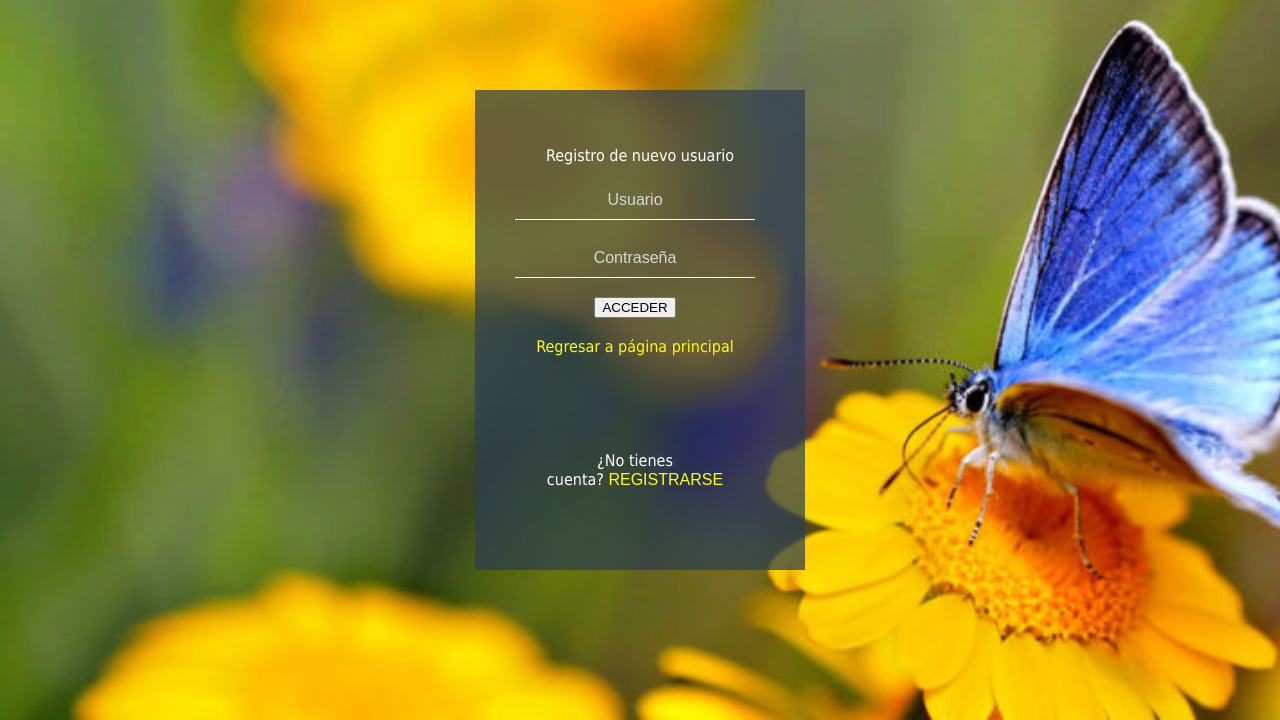
Repository: roberthcobena/Php
Page: http://localhost/registro.php
These files come from the project's save history. The page is drawn as it stood at one moment and after the next save; the edit follows.
The browser window is 1280 px wide. The pictures show the whole page.
Some web fonts or font styles are not loaded; a fallback is used. The page is run by PHP 8.4 with error messages shown; the project is at /var/www/html/.

Above is the page before, as saved 2020-06-25 10:05:18.

### Educativa/registro.php
<?php
  require_once ("controladores/conexion/db.php");
  require_once ("controladores/classes/Login.php");
  $login = new Login();
  list($true,$user_perfil) = $login->isUserLoggedIn();
  if ($true == 1 && $user_perfil == 1) {
    header("location: app/admin.php");
  } else if ($true == 1 && $user_perfil == 2) {
   header("location: app/docente.php");
  } else if ($true == 1 && $user_perfil == 3) {
   header("location: app/aula/estudiante.php");
  } else{
?>
<html>
<head>
<meta http-equiv="Content-Type" content="text/html; charset=utf-8" />
<title>INGRESAR</title>
<link href="recursos/login/css/logn.css" rel="stylesheet" type="text/css" />
<link href="https://fonts.googleapis.com/css?family=Play" rel="stylesheet">
<link rel="icon" href="recursos/template/images/favicon.ico" type="image/x-icon">
</head>

<body>
   <div class="signin">
   <center>
      <p class="login-box-msg">Registro de nuevo usuario</p>
   </center>
   <form method="post" accept-charset="utf-8" action="login.php" name="loginform" autocomplete="off" role="form" class="form-signin">
   <?php
				if (isset($login)) {
					if ($login->errors) {
						?>
						<div class="alert alert-danger alert-dismissible" role="alert">
						    <strong>Error!</strong>
						<?php
						foreach ($login->errors as $error) {
							echo $error;
						}
						?>
						</div>
						<?php
					}
					if ($login->messages) {
						?>
						<div class="alert alert-success alert-dismissible" role="alert">
						    <strong>Aviso!</strong>
						<?php
						foreach ($login->messages as $message) {
							echo $message;
						}
						?>
						</div>
						<?php
					}
				}
				?>
      <input type="text" class="form-control" placeholder="Usuario" name="user_name" required></br></br>
      <input type="password" class="form-control" placeholder="Contraseña" name="user_password" required></br></br>
      <button type="submit" class="btn btn-primary btn-block" name="login" id="submit">ACCEDER</button></br></br>
      <a href="index.php">Regresar a página principal</a></br></br></br></br></br></br>
      ¿No tienes cuenta?<a href="registro.php" style="font-family:'Play', sans-serif;">&nbsp;REGISTRARSE</a>
   </form>
</div>
</body>
</html>
<?php
  }

### Educativa/controladores/conexion/db.php
<?php
/*Datos de conexion a la base de datos*/
define('DB_HOST', 'localhost');//DB_HOST:  generalmente suele ser "127.0.0.1"
define('DB_USER', 'root');//Usuario de tu base de datos
define('DB_PASS', '');//Contraseña del usuario de la base de datos
define('DB_NAME', 'sisv2');//Nombre de la base de datos
?>

### Educativa/controladores/classes/Login.php
<?php
class Login
{
    /**
     * @var object The database connection
     */
    private $db_connection = null;
    /**
     * @var array Collection of error messages
     */
    public $errors = array();
    /**
     * @var array Collection of success / neutral messages
     */
    public $messages = array();
    public function __construct()
    {
        session_start();
        if (isset($_GET["logout"])) {
            $this->doLogout();
        }
        elseif (isset($_POST["login"])) {
            $this->dologinWithPostData();
        }
    }

    private function dologinWithPostData()
    {
        if (empty($_POST['user_name'])) {
            $this->errors[] = "Campo de usuario esta vacío.";
        } elseif (empty($_POST['user_password'])) {
            $this->errors[] = "Campo de contraseña esta vacío.";
        } elseif (!empty($_POST['user_name']) && !empty($_POST['user_password'])) {
            $this->db_connection = new mysqli(DB_HOST, DB_USER, DB_PASS, DB_NAME);

            if (!$this->db_connection->set_charset("utf8")) {
                $this->errors[] = $this->db_connection->error;
            }
            if (!$this->db_connection->connect_errno) {
                $user_name = $this->db_connection->real_escape_string($_POST['user_name']);
                $user_pass = $this->db_connection->real_escape_string($_POST['user_password']);
                $sql = "SELECT u.id_usuario, u.u_tipo, u.u_usuario, u.u_contra
                        FROM usuario u, tipo_usuario t
                        WHERE u.u_tipo=t.id_tipo_usuario AND u.u_usuario = '" . $user_name . "' AND u.u_contra = '" . $user_pass . "';";
                $result_of_login_check = $this->db_connection->query($sql);
                if ($result_of_login_check->num_rows == 1) {
                    $result_row = $result_of_login_check->fetch_object();
                        $_SESSION['id_usuario'] = $result_row->id_usuario;
                        $_SESSION['u_usuario'] = $result_row->u_usuario;
                        if ($result_row->u_tipo == 1) {
                            $_SESSION['u_tipo'] = 1;
                        }elseif ($result_row->u_tipo == 2) {
                            $_SESSION['u_tipo'] = 2;
                        }elseif ($result_row->u_tipo == 3) {
                            $_SESSION['u_tipo'] = 3;
                        }
                        $_SESSION['user_login_status'] = 1;

                    } else {
                        $this->errors[] = "Usuario y/o contraseña no coinciden.";
                    }
                } else {
                    $this->errors[] = "Usuario y/o contraseña no coinciden.";
                }
            } else {
                $this->errors[] = "Problema de conexión de base de datos.";
            }
        }

    public function doLogout()
    {
        $_SESSION = array();
        session_destroy();
        $this->messages[] = "Has sido desconectado.";
    }

    /**
     * simply return the current state of the user's login
     * @return boolean user's login status
     */
    public function isUserLoggedIn()
    {
        if (isset($_SESSION['user_login_status']) AND $_SESSION['user_login_status'] == 1 AND $_SESSION['u_tipo'] == 1) {
            $user_perfil = 1;
            $true = 1;
            return array($true, $user_perfil);

        } elseif (isset($_SESSION['user_login_status']) AND $_SESSION['user_login_status'] == 1 AND $_SESSION['u_tipo'] == 2) {
            $user_perfil = 2;
            $true = 1;
            return array($true, $user_perfil);
        } elseif (isset($_SESSION['user_login_status']) AND $_SESSION['user_login_status'] == 1 AND $_SESSION['u_tipo'] == 3) {
            $user_perfil = 3;
            $true = 1;
            return array($true, $user_perfil);
        } else{
            return false;
        }
    }
}

### Educativa/recursos/login/css/logn.css
body
{
    font-family: Tahoma, Geneva, sans-serif;
    color: #fff;
    background: url(../img/ingresar.jpg);
    background-size: cover;
}
.signin
{
    background: rgba(44,62,80,0.7);
    padding: 40px;
    width: 250px;
    margin: auto;
    margin-top: 90px;
    height: 400px;
    margin-left: 180x;

}
form
{
    width: 240px;
    text-align: center;
}
input
{
    width: 240px;
    text-align: center;
    background: transparent;
    border: none;
    border-bottom: 1px solid #fff;
    font-family: 'Play', sans-serif;
    font-size: 16px;
    font-weight: 200px;
    padding: 10px 0;
    transition: border 0.5s;
    outline: none;
    color: #fff;
}
input[type=submit]
{
    border: none;
    width: 190px;
    background: white;
    color: #000;
    font-size: 16px;
    line-height: 25px;
    padding: 10px 0;
    border-radius: 15px;
    cursor: pointer;
}
input[type=submit]:hover
{
    color: #fff;
    background-color: black;
}
h2
{
    color: white;

}
a
{
    color: yellow;
    text-decoration: blink;
}
a:hover
{
    color: skyblue;
}
.container
{
    display: flex;
    flex-direction: row;
    width: 100%;
}
::placeholder {
    color:aliceblue;
    opacity: 0.8; /* Firefox */
}

After the next save:
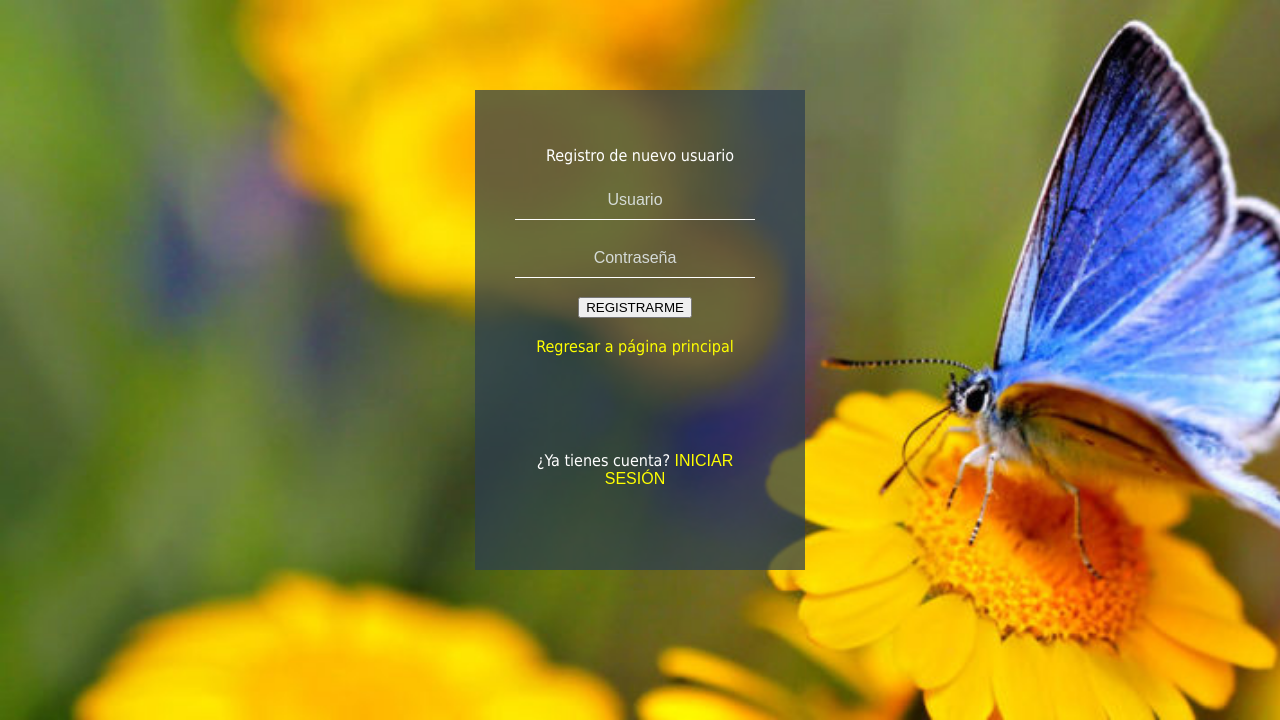
Saved 75 s later.
--- a/Educativa/registro.php
+++ b/Educativa/registro.php
@@ -56,9 +56,9 @@
 				?>
       <input type="text" class="form-control" placeholder="Usuario" name="user_name" required></br></br>
       <input type="password" class="form-control" placeholder="Contraseña" name="user_password" required></br></br>
-      <button type="submit" class="btn btn-primary btn-block" name="login" id="submit">ACCEDER</button></br></br>
+      <button type="submit" class="btn btn-primary btn-block" name="login" id="submit">REGISTRARME</button></br></br>
       <a href="index.php">Regresar a página principal</a></br></br></br></br></br></br>
-      ¿No tienes cuenta?<a href="registro.php" style="font-family:'Play', sans-serif;">&nbsp;REGISTRARSE</a>
+      ¿Ya tienes cuenta?<a href="login.php" style="font-family:'Play', sans-serif;">&nbsp;INICIAR SESIÓN</a>
    </form>
 </div>
 </body>
